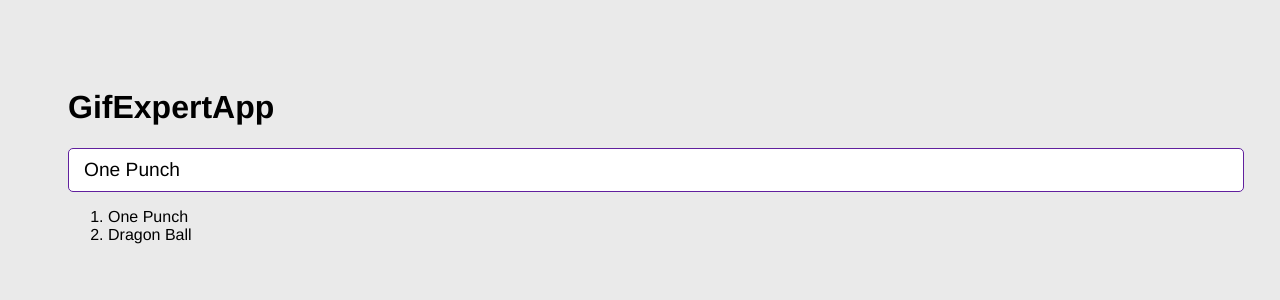
Repository: bryanesteban/gif-expert-app
Page: /
These files come from the project's save history. The page is drawn as it stood at one moment and after the next save; the edit follows.
The browser window is 1280 px wide. The pictures show the whole page.
The project was rebuilt for these pictures with package versions that can differ from the ones it lists, and the page was loaded fresh each time. Also part of the build but not shown: vite.config.js.

Above is the page before, as saved 2024-06-12 09:27:08.

### src/main.jsx
import React from 'react'
import ReactDOM from 'react-dom/client'
import { GifExpertApp } from './GifExpertApp'

import './styles.css';

ReactDOM.createRoot(document.getElementById('root')).render(
  <React.StrictMode>
    <GifExpertApp />
  </React.StrictMode>,
)

### src/GifExpertApp.jsx
import { useState } from "react";
import { AddCategory } from "./components/AddCategory";


export const GifExpertApp = () => {




    const [ categories , setCategories ] = useState([ 'One Punch', 'Dragon Ball']);

    // const onAddCategory = () => {
    //     setCategories([...categories,'Fullmetal Alchemist']);
    //     // setCategories(cat => [...cat,'Fullmetal Alchemist']);
    // }

    return (
    <>
    {/*Titulo */}
    <h1>GifExpertApp</h1>
    {/*Input */}
    <AddCategory
        setCategories={ setCategories }
    />


    {/*Listado de gif */}
    <ol>
        { categories.map( category => {
                return <li key={category}>{category} </li>
        }) }

    </ol>
    {/* gif Item */}

    </>
  )
};

### src/components/AddCategory.jsx
import { useState } from "react";
import PropTypes from 'prop-types';

export  const AddCategory = ( setCategories  ) =>{


   const [inputValue, setInputValue] = useState('One Punch');

    const onInputChange= ({target}) => {
        setInputValue(target.value);
    }

    const onsubmit =( event ) => {
        event.preventDefault();

        if(inputValue.trim().length <= 1 ) return;

        setCategories(categories => { [inputValue, ...categories]} );
        setInputValue('');
    }

    return (
        <form onSubmit={(event) => onsubmit(event)}>

        <input
            type="text"
            placeholder="Buscar Gifs"
            value={ inputValue }
            onChange={ (event) =>  onInputChange(event) }
            />
        </form>

    )
}

Loaded but not shown: index.html (common file); src/styles.css (common file)

After the next save:
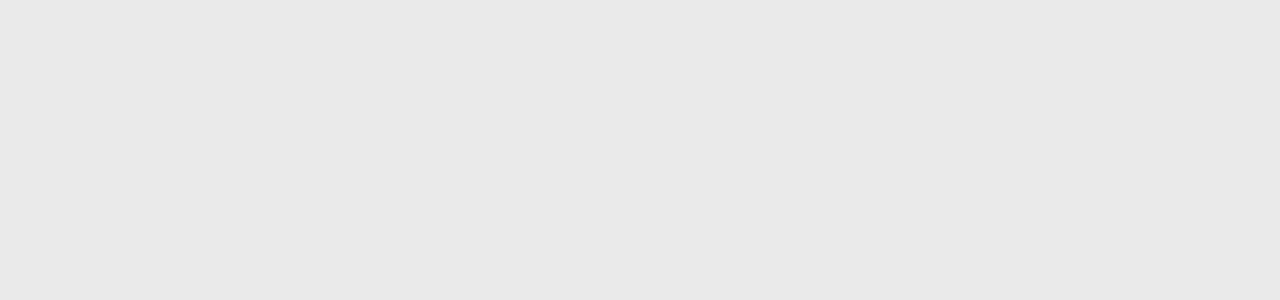
Console error: TypeError: Cannot read properties of undefined (reading 'map')
Saved 23 s later.
--- a/src/GifExpertApp.jsx
+++ b/src/GifExpertApp.jsx
@@ -20,7 +20,7 @@
     <h1>GifExpertApp</h1>
     {/*Input */}
     <AddCategory
-        setCategories={ setCategories }
+        setCategories={ setCategories() }
     />
 
 

After the 2 saves that followed:
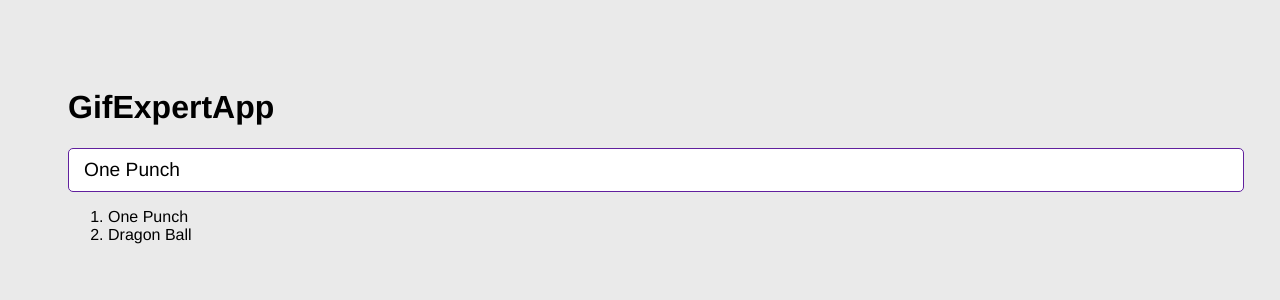
The error is gone.
The 2 saves are shown as one change because 1 left the picture as it was.
The last was saved 19 s later.
--- a/src/GifExpertApp.jsx
+++ b/src/GifExpertApp.jsx
@@ -20,7 +20,7 @@
     <h1>GifExpertApp</h1>
     {/*Input */}
     <AddCategory
-        setCategories={ setCategories() }
+        setCategories={ setCategories }
     />
 
 
--- a/src/components/AddCategory.jsx
+++ b/src/components/AddCategory.jsx
@@ -1,5 +1,5 @@
 import { useState } from "react";
-import PropTypes from 'prop-types';
+// import PropTypes from 'prop-types';
 
 export  const AddCategory = ( setCategories  ) =>{
 
